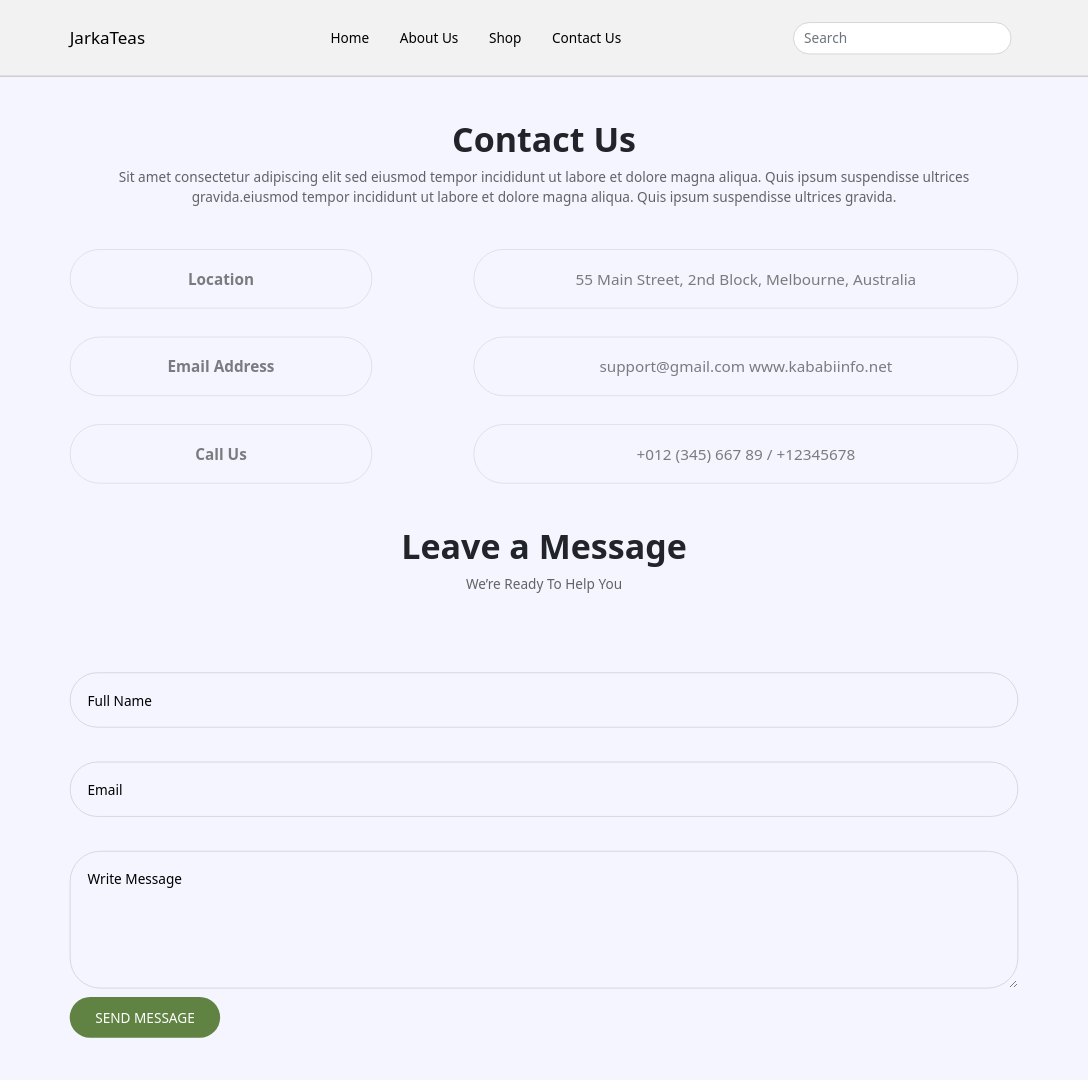
Repository: ZainAkbar51214/jarka
Page: contact-us.html
The author's editor kept a copy of each file at every save. The page is drawn from the files as they stood at one save, then again after the next save.
The browser window is 1280 px wide. The pictures show the part of the page from y = 0 to 1271 px (the page is 1831 px tall before and 1936 px after), at 85% of full size.
Pictures or frames that could not be fetched are drawn as grey boxes. Some web libraries are served in a nearby version.

Above is the page before, as saved 2024-06-15 11:08:22.
Console error: TypeError: Cannot read properties of null (reading 'getElementsByTagName')

After the next save:
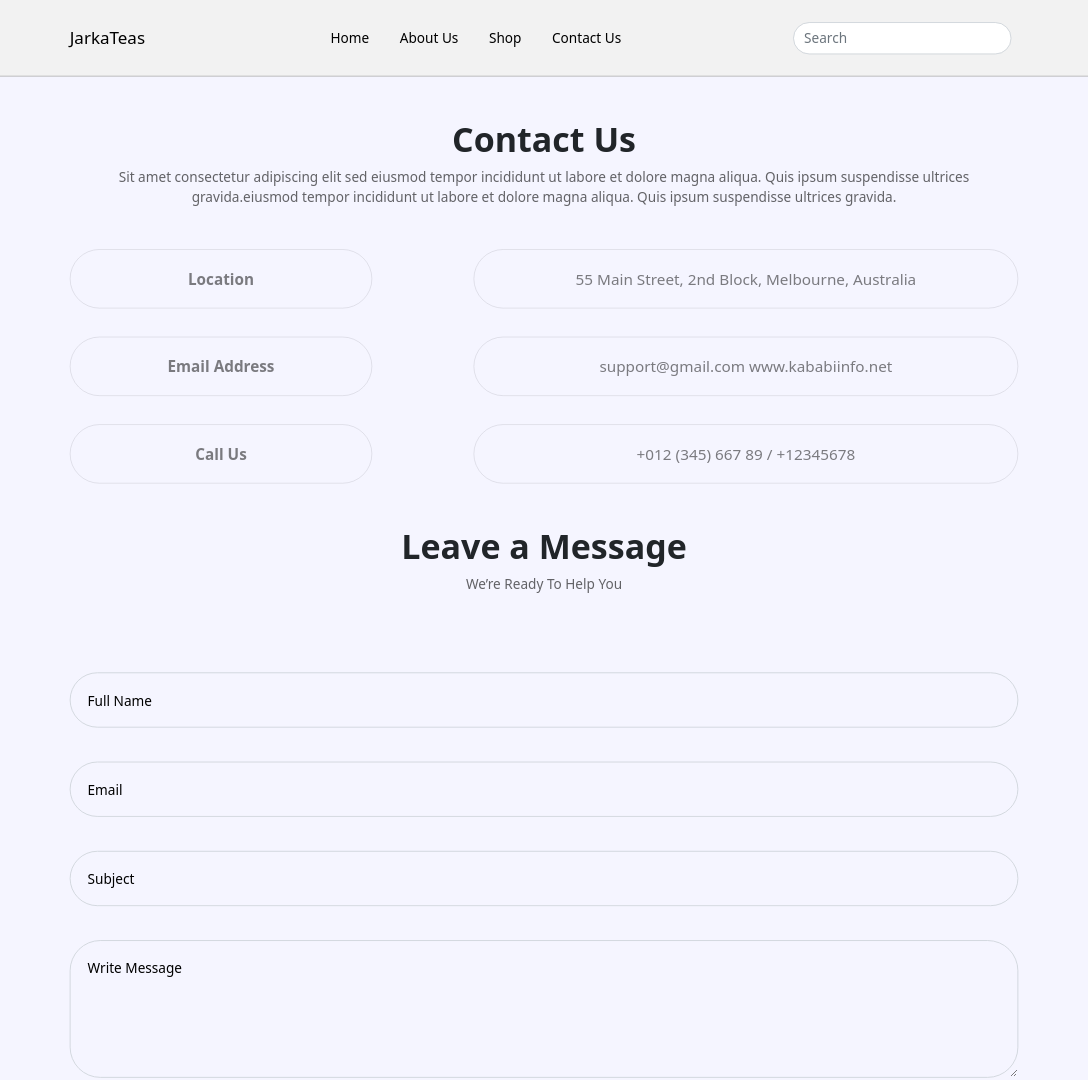
Saved 52 s later.
--- a/contact-us.html
+++ b/contact-us.html
@@ -141,6 +141,9 @@
                 <div class="col-md-12 leave-review-input-col leave-reviewinput-col-m input-contact-col">
                     <input type="email" placeholder="Email" class="form-control">
                 </div>
+                <div class="col-md-12 leave-review-input-col leave-reviewinput-col-m input-contact-col">
+                    <input type="text" placeholder="Subject" class="form-control">
+                </div>
                 <!--  -->
                 <div class="col-md-12 leave-review-input-col leave-reviewinput-col-m input-contact-col">
                     <textarea name="" id="" placeholder="Write Message" class="form-control" cols="30" rows="5"></textarea>
